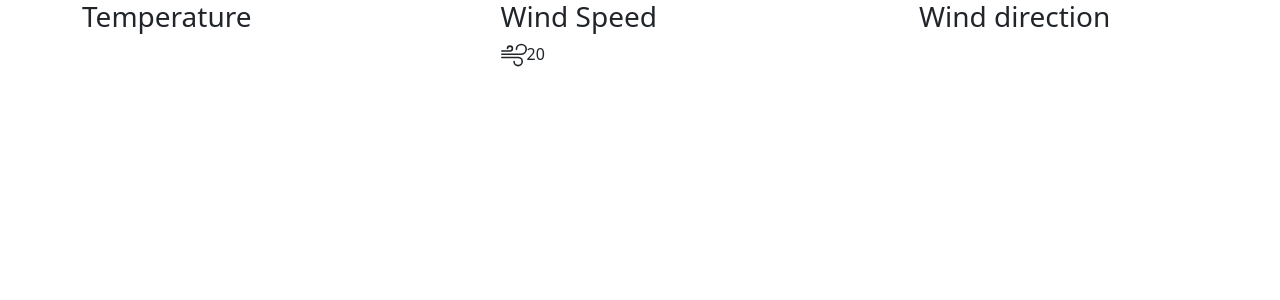
Repository: Saiyamjain-100/weather-app
Page: src/component/new.html
These files come from the project's save history. The page is drawn as it stood at one moment and after a run of saves; the edit follows.
The browser window is 1280 px wide. The pictures show the whole page.

Above is the page before, as saved 2022-05-18 14:25:59.

After the next 3 saves:
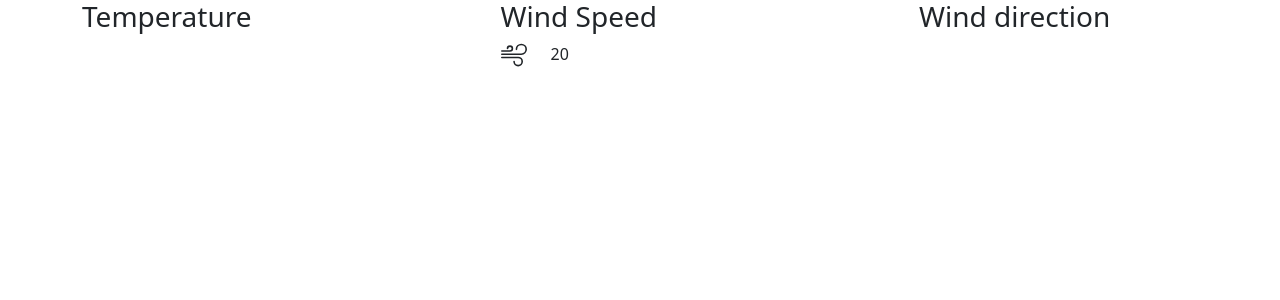
The 3 saves are shown as one change because they came seconds apart.
The last was saved 20 s later.
--- a/src/component/new.html
+++ b/src/component/new.html
@@ -23,7 +23,7 @@
                     <svg xmlns="http://www.w3.org/2000/svg" width="26" height="26" fill="currentColor" class="bi bi-wind" viewBox="0 0 16 16">
                         <path d="M12.5 2A2.5 2.5 0 0 0 10 4.5a.5.5 0 0 1-1 0A3.5 3.5 0 1 1 12.5 8H.5a.5.5 0 0 1 0-1h12a2.5 2.5 0 0 0 0-5zm-7 1a1 1 0 0 0-1 1 .5.5 0 0 1-1 0 2 2 0 1 1 2 2h-5a.5.5 0 0 1 0-1h5a1 1 0 0 0 0-2zM0 9.5A.5.5 0 0 1 .5 9h10.042a3 3 0 1 1-3 3 .5.5 0 0 1 1 0 2 2 0 1 0 2-2H.5a.5.5 0 0 1-.5-.5z"/>
                       </svg>
-                    <p style="text-size-adjust: 20px;">20</p>
+                    <p class="mx-4"style="text-size-adjust: 20px;">20</p>
                 </div>
             </div>
             <div class="col-md-3">
